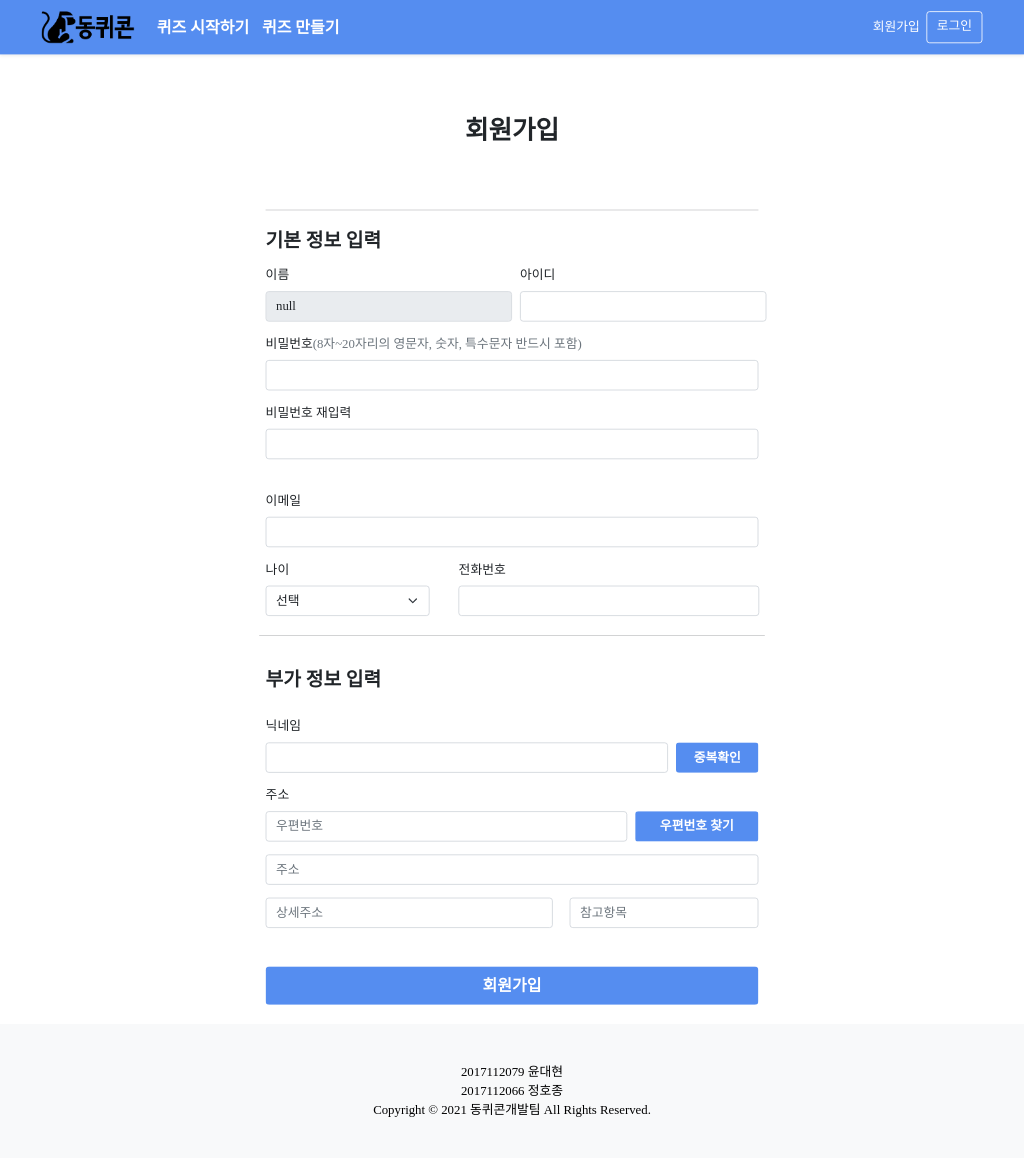
Repository: eogus0512/Quiz_WebProject
Page: http://localhost/Quiz_WebProject/myPage.jsp
The author's editor kept a copy of each file at every save. The page is drawn from the files as they stood at one save, then again after the next save.
The browser window is 1280 px wide. The pictures show the whole page, at 80% of full size.
Some web fonts or font styles are not loaded; a fallback is used. The page is served by Tomcat 9. Other server files are loaded and not shown.

Above is the page before, as saved 2021-12-12 10:31:17.

### Quiz_WebProject/WebContent/myPage.jsp
<%@ page language="java" contentType="text/html;charset=UTF-8" pageEncoding="UTF-8" %>
<!DOCTYPE html>
<html>
<head>
    <meta http-equiv="Content-Type" content="text/html"; charset="UTF-8">
    <meta name="viewport" content="width=device-width, initial-scale=1, shrink-to-fit=no">
    <title>동퀴콩</title>
    <link rel="stylesheet" href="./css/bootstrap.min.css">
    <link rel="stylesheet" href="./css/custom.css">
    <link rel="icon" href="./image/favicon.png">
    <script type="text/javascript">
        function openCheckNickName(){
            window.name = "parentForm";
            window.open("checkNickName.jsp",
                "chkForm", "width=500, height=300, resizable = no, scrollbars = no");
        }
        function checkPassword(){

            var password = document.getElementById('Password').value;
            var NB = ["0", "1", "2", "3", "4", "5", "6", "7", "8", "9"]
            var SC = ["!","@","#","$","%"];
            var check_SC = 0, check_NB = 0;

            if(password.length < 8 || password.length>20){
                window.alert('비밀번호는 8글자 이상, 20글자 이하만 이용 가능합니다.');
                document.getElementById('pw').value='';
            }
            for(var i=0;i<SC.length;i++){
                if(password.indexOf(SC[i]) != -1){
                    check_SC = 1;
                }
            }
            for(var i=0;i<NB.length;i++){
                if(password.indexOf(NB[i]) != -1){
                    check_NB = 1;
                }
            }
            if(check_SC == 0){
                window.alert('!,@,#,$,% 의 특수문자가 반드시 포함되어야 합니다.')
                document.getElementById('password').value='';
            }
            if(check_NB == 0){
                window.alert('숫자가 반드시 포함되어야 합니다.')
                document.getElementById('Password').value='';
            }
            if(document.getElementById('Password').value !='' && document.getElementById('PasswordVerify').value!=''){
                if(document.getElementById('Password').value==document.getElementById('PasswordVerify').value){
                    document.getElementById('check').innerHTML='비밀번호가 일치합니다.'
                    document.getElementById('check').style.color='blue';
                }
                else{
                    document.getElementById('check').innerHTML='비밀번호가 일치하지 않습니다.';
                    document.getElementById('check').style.color='red';
                }
            }
        }
        function checkValue() {
            if(document.userInfo.Password.value != document.userInfo.PasswordVerify.value) {
                alert("비밀번호가 일치하지 않습니다.");
                return false;
            }
            else return true;
        }
    </script>
</head>
<body>
<nav class="navbar navbar-expand-lg navbar-light fixed-top shadow-sm" style="background-color: #558DF0;">
    <div class="container-xxl d-flex align-items-md-center" style="width:1200px">
        <a class="navbar-brand" href="index.jsp"><img src="./img/mainIcon.png" class="rounded float-start" width="120"></a>
        <button class="navbar-toggler" type="button" data-bs-toggle="collapse" data-bs-target="#navbarSupportedContent" aria-controls="navbarSupportedContent" aria-expanded="false" aria-label="Toggle navigation">
            <span class="navbar-toggler-icon"></span>
        </button>
        <div class="collapse navbar-collapse" id="navbarSupportedContent">
            <ul class="navbar-nav me-auto">
                <li class="nav-item">
                    <a class="nav-link" href="#" style="font-size:15pt; color:white;"><b>퀴즈 시작하기</b></a>
                </li>
                <li class="nav-item">
                    <a class="nav-link" href="registerQuiz.jsp" style="font-size:15pt; color:white;"><b>퀴즈 만들기</b></a>
                </li>
            </ul>
            <%
                String LoginID = null;
                String UserName = null;
                if(session.getAttribute("loginID") != null) {
                    LoginID = (String) session.getAttribute("LoginID");
                    UserName = (String) session.getAttribute("UserName");
                }
                if(LoginID == null) {
            %>
            <ul class="navbar-nav">
                <a class="nav-link" aria-current="page" href="signUp.jsp" style="color:white">회원가입</a>
                <a class="btn btn-outline-primary" href="login.jsp" style="border-color: white; color: white">로그인</a>
            </ul>
            <%
            } else {
            %>
            <ul class="navbar-nav d-flex">
                <li class="nav-item dropdown">
                    <a class="nav-link dropdown-toggle" href="#" id="navbarDropdown" role="button" data-bs-toggle="dropdown" aria-expanded="false" style="color: white">
                        <%=UserName %> 님
                    </a>
                    <ul class="dropdown-menu" aria-labelledby="navbarDropdown" style="background-color: #558DF0;">
                        <li><a class="dropdown-item" href="myPage.jsp" style="color: white">마이페이지</a></li>
                        <li><a class="dropdown-item" href="#" style="color: white">1:1 문의</a></li>
                        <li><hr class="dropdown-divider" style="color: white"></li>
                        <li><a class="dropdown-item" href="logout.jsp" style="color: white">로그아웃</a></li>
                    </ul>
                </li>
            </ul>
            <%
                }
            %>
        </div>
    </div>
</nav>
<br><br><br><br>
<div class="py-5 text-center">
    <h2><b>회원가입</b></h2>
</div>
<div class="container col-md-8 col-lg-6">
    <hr class="my-4">
    <h4 class="mb-3"><b>기본 정보 입력</b></h4>
    <form method="post" action="action/signUpAction.jsp" name="userInfo" onsubmit="return checkValue()">
        <div class="row g-3">
        	<div class="col-12 d-flex">
        		<div class="col-6" style="margin-right: 10px" >
                <label for="UserName" class="form-label">이름</label>
                <input type="text" class="form-control" name="UserName" id="UserName" value="<%=session.getAttribute("UserName") %>" disabled>
            </div>
				<div class="col-6">
				    <label for="LoginID" class="form-label">아이디</label>
				    <input type="id" class="form-control" name="LoginID" id="LoginID" placeholder="" style="margin-right: 10px" required>
				</div>
        	</div>

            <div class="col-12">
                <label for="Password" class="form-label">비밀번호<span class="text-muted">(8자~20자리의 영문자, 숫자, 특수문자 반드시 포함)</span></label>
                <input type="password" class="form-control" name="Password" id="Password" placeholder="" onchange="checkPassword()" required>
            </div>
            <div class="col-12">
                <label for="passwordVerify" class="form-label">비밀번호 재입력</label>
                <input type="password" class="form-control" name="PasswordVerify" id="PasswordVerify" placeholder="" onchange="checkPassword()" required>
                &nbsp;<span id="check"></span>
            </div>
            <div class="col-12">
                <label for="Email" class="form-label">이메일</label>
                <input type="email" class="form-control" name="Email" id="Email" placeholder="" required>
            </div>
            <div class="col-12 d-flex">
                <div class="col-4">
                    <label for="Age" class="form-label">나이</label>
                    <select class="form-select" name="Age" id="Age" required>
                        <option selected disabled hidden>선택</option>
                        <option>14</option>
                        <option>15</option>
                        <option>16</option>
                        <option>17</option>
                        <option>18</option>
                        <option>19</option>
                        <option>20</option>
                        <option>21</option>
                        <option>22</option>
                        <option>23</option>
                        <option>24</option>
                        <option>25</option>
                        <option>26</option>
                        <option>27</option>
                        <option>28</option>
                        <option>29</option>
                        <option>30</option>
                    </select>
                </div>
                <div class="col-7">
                    <label for="Phone" class="form-label"style="margin-left:10%;">전화번호</label>
                    <input type="number" class="form-control" name="Phone" id="Phone" placeholder="" style="margin-left:10%; width:104.5%" required>
                </div>
            </div>
            <hr class="my-4">
            <h4 class="mb-3"><b>부가 정보 입력</b></h4>
            <div class="col-12">
                <label for="NickName" class="form-label">닉네임</label>
                <div class="col-12 d-flex">
                    <input type="text" class="form-control" name="NickName" id="NickName" placeholder="" style="margin-right: 10px" required>
                    <button class="col-2 btn" style="background-color: #558DF0; color:white;" onclick="openCheckNickName()"><b>중복확인</b></button>
                </div>
            </div>
            <div class="col-12">
                <label for="postCode" class="form-label">주소</label>
                <div class="col-12 d-flex">
                    <input type="text" class="form-control" name="postCode" id="postCode" placeholder="우편번호" style="margin-right: 10px" required>
                    <button class="col-3 btn" onclick="findPostalCode()" style="background-color: #558DF0; color:white"><b>우편번호 찾기</b></button>
                </div>
            </div>
            <div class="col-12">
                <input type="text" class="form-control" name="address" id="address" placeholder="주소" required>
            </div>
            <div class="col-12 d-flex">
                <div class="col-7">
                    <input type="text" class="form-control" name="detailAddress" id="detailAddress" placeholder="상세주소" required>
                </div>
                <div class="col-4">
                    <input type="text" class="form-control" name="extraAddress" id="extraAddress" placeholder="참고항목" style="margin-left:10%; width:115%">
                </div>
            </div>
            <div id="wrap" style="display:none;border:5px solid #558DF0;width:500px;height:300px;position:relative;overflow-y:hidden">
                <button type="button" class="btn-close" id="btnFoldWrap" aria-label="Close" style="cursor:pointer;position:absolute;right:0px;top:-1px;z-index:1" onclick="foldPostcode()"></button>
            </div>
            <script src="//t1.daumcdn.net/mapjsapi/bundle/postcode/prod/postcode.v2.js"></script>
            <script>
                var element_wrap = document.getElementById('wrap');

                function foldPostcode() {
                    element_wrap.style.display = 'none';
                }

                function findPostalCode() {
                    var currentScroll = Math.max(document.body.scrollTop, document.documentElement.scrollTop);
                    new daum.Postcode({
                        oncomplete: function(data) {
                            var addr = '';
                            var extraAddr = '';

                            if (data.userSelectedType === 'R') {
                                addr = data.roadAddress;
                            } else {
                                addr = data.jibunAddress;
                            }

                            if(data.userSelectedType === 'R'){
                                if(data.bname !== '' && /[동|로|가]$/g.test(data.bname)){
                                    extraAddr += data.bname;
                                }
                                if(data.buildingName !== '' && data.apartment === 'Y'){
                                    extraAddr += (extraAddr !== '' ? ', ' + data.buildingName : data.buildingName);
                                }
                                if(extraAddr !== ''){
                                    extraAddr = ' (' + extraAddr + ')';
                                }
                                document.getElementById("extraAddress").value = extraAddr;

                            } else {
                                document.getElementById("extraAddress").value = '';
                            }

                            document.getElementById('postCode').value = data.zonecode;
                            document.getElementById("address").value = addr;
                            document.getElementById("detailAddress").focus();

                            element_wrap.style.display = 'none';
                            document.body.scrollTop = currentScroll;
                        },
                        onresize : function(size) {
                            element_wrap.style.height = size.height+'px';
                        },
                        width : '100%',
                        height : '110%'
                    }).embed(element_wrap);
                    element_wrap.style.display = 'block';
                }
            </script>
        </div><br><br>
        <button class="w-100 btn btn-lg btn" type="submit" style="background-color: #558DF0; color:white"><b>회원가입</b></button><br>
    </form>
</div>

<footer class="bg-light mt-4 p-5 text-center" style="color: #000000;">
    2017112079 윤대현<br>2017112066 정호종<br>
    Copyright &copy; 2021 동퀴콘개발팀 All Rights Reserved.
</footer>
<script src="./js/jquery.min.js"></script>
<script src="./js/popper.js"></script>
<script src="./js/bootstrap.min.js"></script>
</body>
</html>

### Quiz_WebProject/WebContent/css/custom.css
@import url(https://fonts.googleapis.com/earlyaccess/nanumgothic.css);
.navbar-brand, h1, h2, h3, h4 {
    font-family: 'Nanum Gothic';
}
h5 {
    font-family: 'Nanum Gothic';
    font-size: 18px;
}
body {
    font-family: 'Nanum Gothic';
}

Loaded but not shown: Quiz_WebProject/WebContent/css/bootstrap.min.css (library); Quiz_WebProject/WebContent/js/jquery.min.js (library); Quiz_WebProject/WebContent/js/popper.js (library); Quiz_WebProject/WebContent/js/bootstrap.min.js (library)

After the next save:
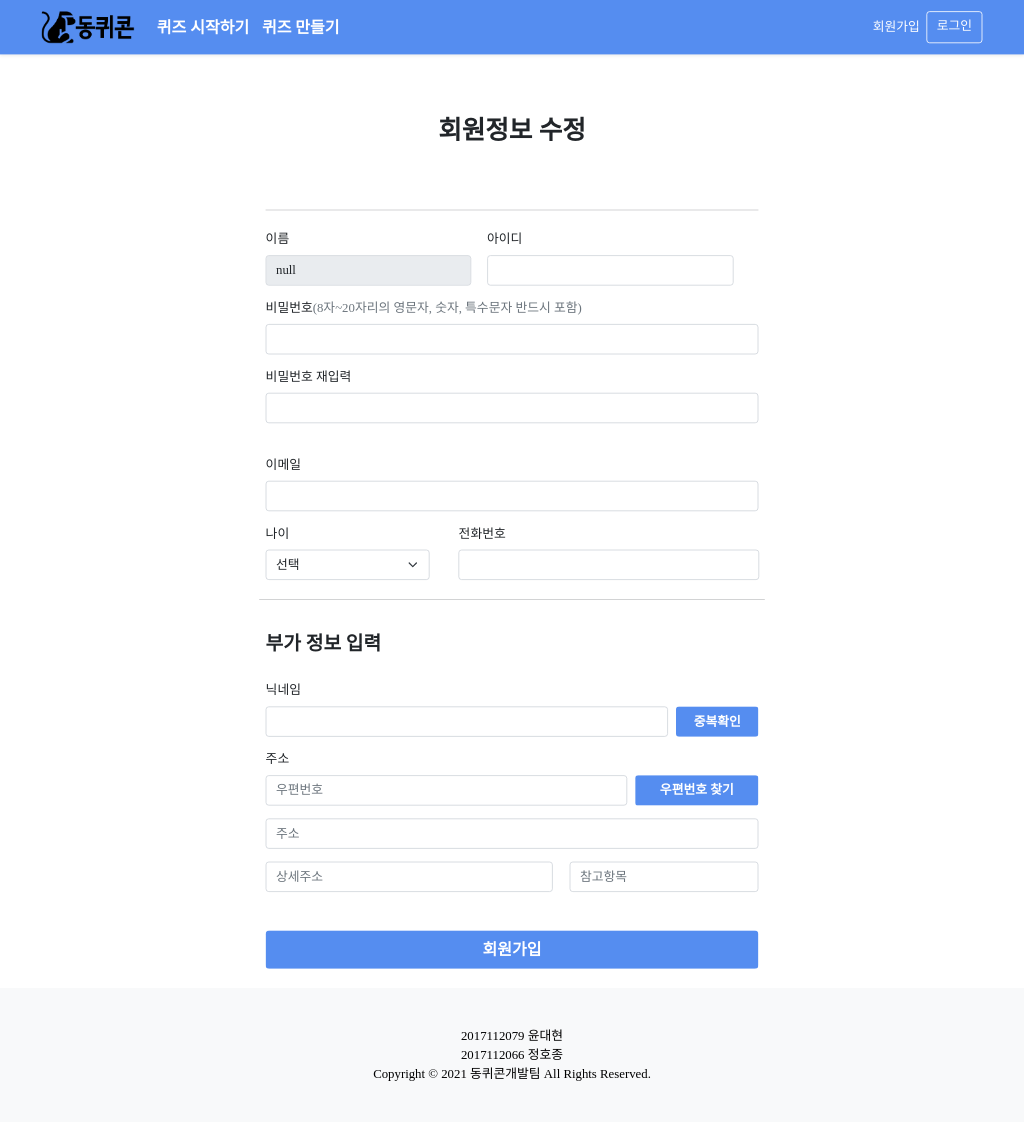
Saved 2 min 11 s later.
--- a/Quiz_WebProject/WebContent/myPage.jsp
+++ b/Quiz_WebProject/WebContent/myPage.jsp
@@ -116,15 +116,14 @@
 </nav>
 <br><br><br><br>
 <div class="py-5 text-center">
-    <h2><b>회원가입</b></h2>
+    <h2><b>회원정보 수정</b></h2>
 </div>
 <div class="container col-md-8 col-lg-6">
     <hr class="my-4">
-    <h4 class="mb-3"><b>기본 정보 입력</b></h4>
     <form method="post" action="action/signUpAction.jsp" name="userInfo" onsubmit="return checkValue()">
         <div class="row g-3">
         	<div class="col-12 d-flex">
-        		<div class="col-6" style="margin-right: 10px" >
+        		<div class="col-5" style="margin-right: 20px" >
                 <label for="UserName" class="form-label">이름</label>
                 <input type="text" class="form-control" name="UserName" id="UserName" value="<%=session.getAttribute("UserName") %>" disabled>
             </div>
